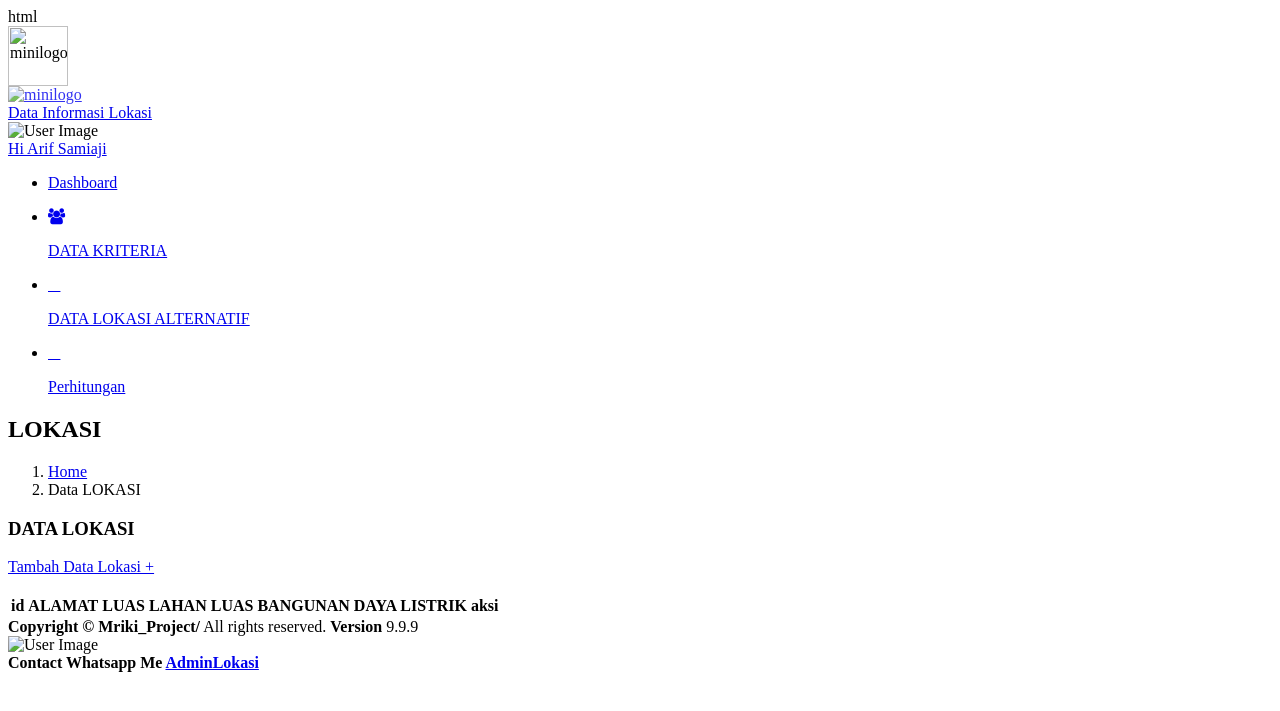
Repository: Arif-Samiaji11/project-uas
Page: http://localhost/lokasi
The author's editor kept a copy of each file at every save. The page is drawn from the files as they stood at one save, then again after the next save.
The browser window is 1280 px wide. The pictures show the whole page.
Some icons come from a web library that is not loaded, so they are not drawn. Some web fonts or font styles are not loaded; a fallback is used. Some web libraries are served in a nearby version. The page is served by the project's Laravel application, run on PHP 8.4 with Laravel 9. Queries for data that is not in the repository find no rows.

Above is the page before, as saved 2023-06-18 23:25:57.
Console error: ReferenceError: $ is not defined

After the next save:
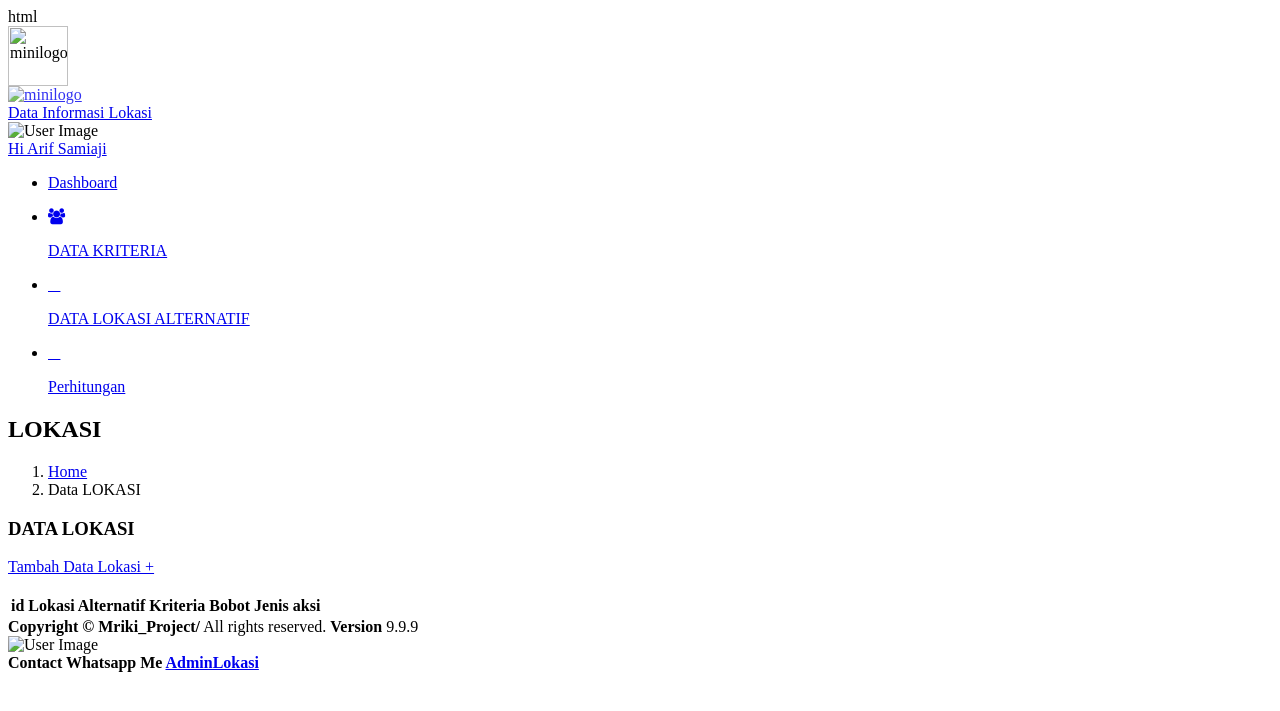
Saved 18 s later.
--- a/app/Http/Controllers/lokasiController.php
+++ b/app/Http/Controllers/lokasiController.php
@@ -8,21 +8,21 @@
 class lokasiController extends Controller {
 
     public function index() {
-        return view('datalokasi', [
-            'users' => lokasi::all(),
+        return view('datalokasii', [
+            'users' => Lokasi::all(),
             'title' => 'Data lokasi'
         ]);
     }
     public function add() {
-        return view('adddatalokasi',[
+        return view('adddatalokasii',[
             'title' => 'Tambah Data lokasi'
         ]);
     }
     public function edit($id){
 
-        $lokasi = lokasi::where('id', $id)->first();
+        $lokasi = Lokasi::where('id', $id)->first();
 
-        return view('editdatalokasi', [
+        return view('editdatalokasii', [
             'lokasi' => $lokasi,
             'title' => 'Edit Data lokasi'
         ]);
@@ -35,7 +35,7 @@
         $luas_bangunan   = $request->input('luas_bangunan');
         $daya_listrik = $request->input('daya_listrik');
 
-        $lokasi = lokasi::where('id', $id)->first();
+        $lokasi = Lokasi::where('id', $id)->first();
         $lokasi->alamat     = $alamat;
         $lokasi->luas_lahan     = $luas_lahan;
         $lokasi->luas_bangunan = $luas_bangunan;
@@ -48,7 +48,7 @@
 
 
     public function dashboard(){
-        $lokasi= lokasi::count();
+        $lokasi= Lokasi::count();
 
         return view('main', compact('lokasi'));
 
@@ -61,7 +61,7 @@
         $daya_listrik = $request->input('daya_listrik');
         // TODO: Compare $password and $rePassword
 
-        $lokasi           = new lokasi;
+        $lokasi           = new Lokasi;
         $lokasi->alamat     = $alamat;
         $lokasi->luas_lahan     = $luas_lahan;
         $lokasi->luas_bangunan = $luas_bangunan; // Don't forget to encryp!s
@@ -72,7 +72,7 @@
         return redirect()->to('/lokasi');
     }
     public function delete($id) {
-        $lokasi = lokasi::where('id', $id)->first();
+        $lokasi = Lokasi::where('id', $id)->first();
         $lokasi->delete();
         return redirect()->back();
     }

After the 6 saves that followed:
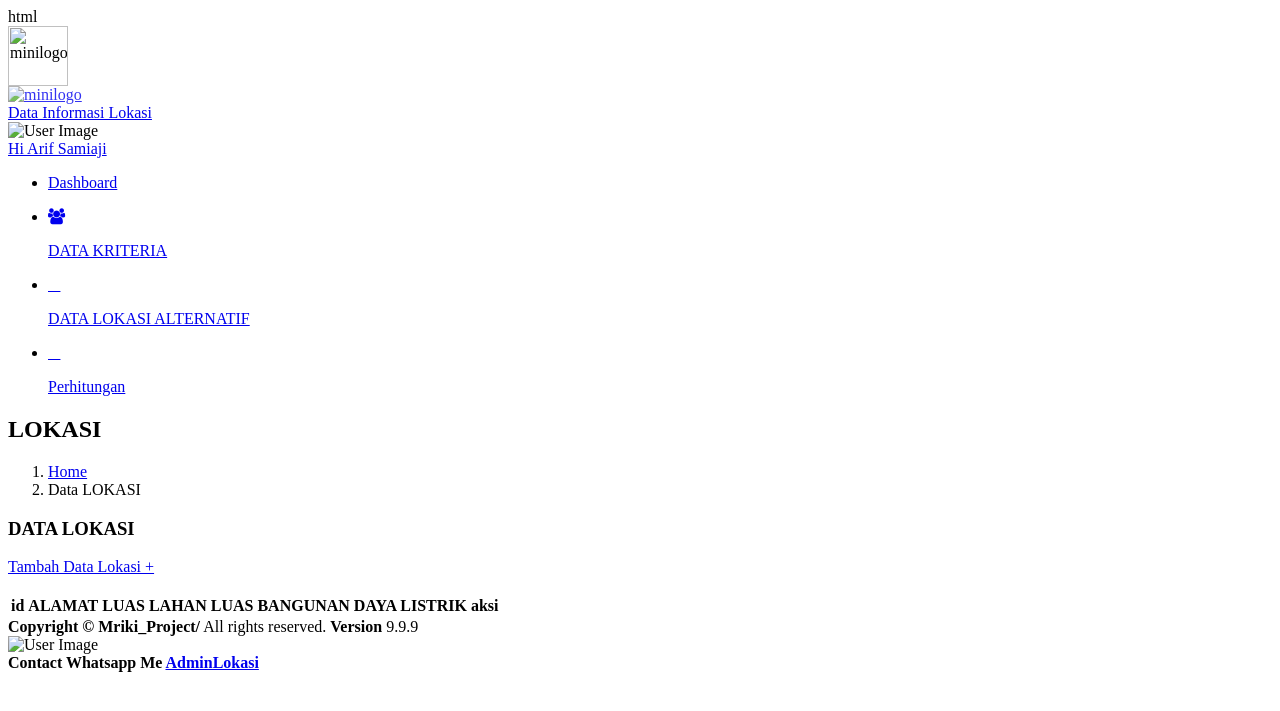
The 6 saves are shown as one change because they came seconds apart.
The last was saved 16 s later.
--- a/app/Http/Controllers/lokasiController.php
+++ b/app/Http/Controllers/lokasiController.php
@@ -8,13 +8,13 @@
 class lokasiController extends Controller {
 
     public function index() {
-        return view('datalokasii', [
+        return view('datalokasi', [
             'users' => Lokasi::all(),
             'title' => 'Data lokasi'
         ]);
     }
     public function add() {
-        return view('adddatalokasii',[
+        return view('adddatalokasi',[
             'title' => 'Tambah Data lokasi'
         ]);
     }
@@ -22,7 +22,7 @@
 
         $lokasi = Lokasi::where('id', $id)->first();
 
-        return view('editdatalokasii', [
+        return view('editdatalokasi', [
             'lokasi' => $lokasi,
             'title' => 'Edit Data lokasi'
         ]);
